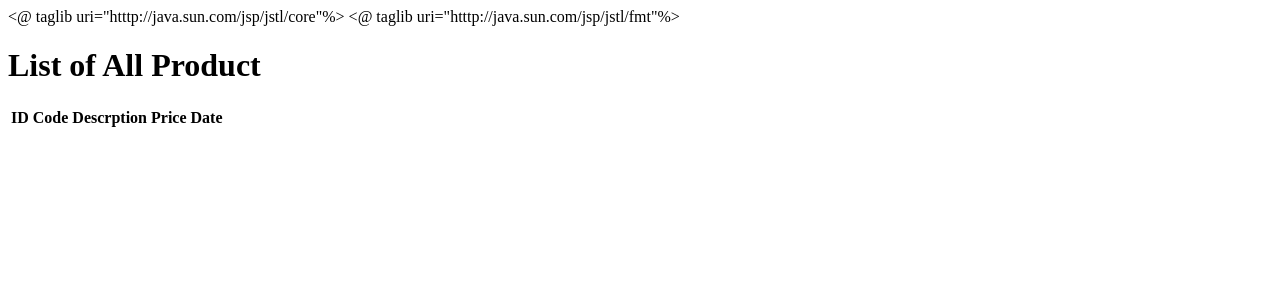
Repository: priyankamergu/MyAllProjects
Page: http://localhost/OnlineShopping/ProductController
The author's editor kept a copy of each file at every save. The page is drawn from the files as they stood at one save, then again after a run of saves.
The browser window is 1280 px wide. The pictures show the whole page.
The page is served by Tomcat 9. Other server files are loaded and not shown.

Above is the page before, as saved 2019-11-18 09:24:56.

### Workspace_JEE7_WEB/OnlineShopping/WebContent/ProductList.jsp
<%@ page language="java" contentType="text/html; charset=ISO-8859-1"
    pageEncoding="ISO-8859-1"%>
    <@ taglib uri="htttp://java.sun.com/jsp/jstl/core"%>
    <@ taglib uri="htttp://java.sun.com/jsp/jstl/fmt"%>
<!DOCTYPE html>
<html>
<head>
<meta charset="ISO-8859-1">
<title>Insert title here</title>
</head>
<body>
<h1>List of All Product</h1>
<table>
	<tr>
	<th>ID</th>
	<th>Code</th>
	<th>Descrption</th>
	<th>Price</th>
	<th>Date</th>
	</tr>
<c:forEach item="${productList}" var="product">
<tr>
<td>${product.id}</td>
<td>${product.code}</td>
<td>${product.description}</td>
<td>${product.price}</td>

<fmt:formatDate value="${product.manfDate }" pattern="dd/mm/yyyy"/>
<td>


</table>
</body>
</html>

### Workspace_JEE7_WEB/OnlineShopping/src/com/allianz/shopping/controller/ProductController.java
package com.allianz.shopping.controller;

import java.io.IOException;
import java.util.List;

import javax.servlet.RequestDispatcher;
import javax.servlet.ServletException;
import javax.servlet.annotation.WebServlet;
import javax.servlet.http.HttpServlet;
import javax.servlet.http.HttpServletRequest;
import javax.servlet.http.HttpServletResponse;

import com.allianz.shopping.dao.ProductDAO;
import com.allianz.shopping.dao.ProductdDAOImpl;
import com.allianz.shopping.model.Product;
import com.allianz.shopping.utility.DateUtility;


@WebServlet("/ProductController")
public class ProductController extends HttpServlet {
	private static final long serialVersionUID = 1L;

 static ProductDAO dao=new ProductdDAOImpl(); //to use directly we make static
    public ProductController()
    {
        super();

    }


	protected void doGet(HttpServletRequest request, HttpServletResponse response) throws ServletException, IOException
	{
		String action=request.getParameter("action");
		if(action!=null && action.equals("delete"))
		{
			String id=request.getParameter("id");
			boolean flag=dao.deleteProduct(Integer.parseInt(id));
			if(flag)
			{
				response.sendRedirect("ProductController");
			}
		}
		else if(action!=null && action.equals("edit"))
		{
			String id=request.getParameter("id");
			Product productEdit=dao.getProductById(Integer.parseInt(id));

			if(productEdit!=null)
			{
				RequestDispatcher rd=request.getRequestDispatcher("ProductEdit.jsp");
				request.setAttribute("productEdit",productEdit);
				rd.forward(request, response);
			}
		}
		else if(action!=null && action.equals("new"))
		{
			Product productEdit=new Product();

			if(productEdit!=null)
			{
				RequestDispatcher rd=request.getRequestDispatcher("ProductEdit.jsp");
				request.setAttribute("productEdit",productEdit);
				rd.forward(request, response);
			}
		}
		else
		{
			List<Product> productList=dao.getALLProducts();
			RequestDispatcher rd=request.getRequestDispatcher("ProductList.jsp");
			request.setAttribute("productList",productList);
			rd.forward(request, response);
		}
	}


	@Override
	protected void doPost(HttpServletRequest req, HttpServletResponse resp) throws ServletException, IOException {
		String action=req.getParameter("action");
		System.out.println(action);
		if(action!=null && action.equals("update"))
		{
			String id=req.getParameter("id");
			String code=req.getParameter("code");
			String description=req.getParameter("desc");
			String price=req.getParameter("price");
			String manfDate=req.getParameter("date");

			Product product=new Product();
			product.setId(Integer.parseInt(id));
			product.setCode(code);
			product.setDescription(description);
			product.setPrice(Float.parseFloat(price));
			product.setManfDate(DateUtility.convertStringToDate(manfDate));
			boolean flag=false;

			if(dao.getProductById(Integer.parseInt(id))!=null)
				flag=dao.updateProduct(product);
			else
				flag=dao.addProduct(product);


			if(flag)
				resp.sendRedirect("ProductController");



		}
		else if(action==null )
		{
			System.out.println("in save method of controller");
			String id=req.getParameter("id");
			String code=req.getParameter("code");
			String description=req.getParameter("desc");
			String price=req.getParameter("price");
			String manfDate=req.getParameter("date");

			Product product=new Product();
			product.setId(Integer.parseInt(id));
			product.setCode(code);
			product.setDescription(description);
			product.setPrice(Float.parseFloat(price));
			product.setManfDate(DateUtility.convertStringToDate(manfDate));
			boolean flag=false;

			if(dao.getProductById(Integer.parseInt(id))!=null)
				flag=dao.updateProduct(product);
			else
				flag=dao.addProduct(product);


			if(flag)
				resp.sendRedirect("ProductController");




		}
	}



}

### Workspace_JEE7_WEB/OnlineShopping/src/com/allianz/shopping/dao/ProductdDAOImpl.java
package com.allianz.shopping.dao;

import java.util.ArrayList;
import java.util.List;

import com.allianz.shopping.model.Product;
import com.allianz.shopping.utility.DateUtility;
//import static com.allianz.shopping.utility.DateUtility.*; we can use directly lie=ke convertStringToDate
public class ProductdDAOImpl implements ProductDAO
{


	private static List<Product> productList=new ArrayList<Product>();

	static
	{
		productList.add(new Product(101,"colgate1","Colgate1 Tube",50,DateUtility.convertStringToDate("12/10/2019")));//you can import static com.allianz.shppoinh.tutitly if you dont want to use thorugh class name
		productList.add(new Product(102,"colgate2","Colgate2 Tube",60,DateUtility.convertStringToDate("14/10/2019")));
		productList.add(new Product(103,"colgate3","Colgate3 Tube",40,DateUtility.convertStringToDate("13/10/2019")));
		productList.add(new Product(104,"colgate4","Colgate4 Tube",70,DateUtility.convertStringToDate("15/10/2019")));
		productList.add(new Product(105,"colgate5","Colgate5 Tube",80,DateUtility.convertStringToDate("18/10/2019")));
	}


	@Override
	public boolean addProduct(Product product) {
		productList.add(product);
		return true;
	}

	@Override
	public boolean updateProduct(Product product) {

		if(productList!=null && productList.size()>0)
		{
			for(int i=0;i<productList.size();i++)
			{
				Product productTemp=productList.get(i);
				if(productTemp.getId()==product.getId())
				{
					productList.set(i,product);
					return true;
				}
			}
		}

		return false;
	}

	@Override
	public boolean deleteProduct(int id)
	{

		if(productList!=null && productList.size()>0)
		{
			for(int i=0;i<productList.size();i++)
			{
				Product productTemp=productList.get(i);
				if(productTemp.getId()==id)
				{
					productList.remove(i);
					return true;
				}
			}
		}

		return false;
	}

	@Override
	public List<Product> getALLProducts()
	{

		return productList;
	}

	@Override
	public List<Product> getALLProductByName(String namePattern)
	{
		if(productList!=null && productList.size()>0)
		{
			for(int i=0;i<productList.size();i++)
			{
				Product productTemp=productList.get(i);
				if(productTemp.getDescription().toLowerCase().contains(namePattern.toLowerCase()))
				{
					List<Product> list=new ArrayList<Product>();
					list.add(productTemp);
					return list;
				}
			}
		}
		return null;
	}

	@Override
	public List<Product> getALLProductByPrice(float min,float max)
	{
		if(productList!=null && productList.size()>0)
		{
			for(int i=0;i<productList.size();i++)
			{
				Product productTemp=productList.get(i);
				if(productTemp.getPrice()>=min && productTemp.getPrice()<=max)
				{
					List<Product> list=new ArrayList<Product>();
					list.add(productTemp);
					return list;
				}
			}

		}
		return null;
	}

	@Override
	public Product getProductById(int id) {
		if(productList!=null && productList.size()>0)
		{
			for(int i=0;i<productList.size();i++)
			{
				Product productTemp=productList.get(i);
				if(productTemp.getId()==id)
				{
					return productTemp;
				}
			}
		}
		return null;
	}


	@Override
	public List<Product> getAllProductByCategoryID(int id) {
		// TODO Auto-generated method stub
		return null;
	}

}

### Workspace_JEE7_WEB/OnlineShopping/src/com/allianz/shopping/model/Product.java
package com.allianz.shopping.model;

import java.util.ArrayList;
import java.util.Date;
import java.util.List;

public class Product {
	private int id;
	private String code;
	private String description;
	private float price;
	private Date manfDate;
	private List<Category> categoryList=new ArrayList<Category>();

	public List<Category> getCategoryList() {
		return categoryList;
	}
	public void setCategoryList(List<Category> categoryList) {
		this.categoryList = categoryList;
	}
	public int getId() {
		return id;
	}
	public Product() {
		super();
		this.id = 0;
		this.code = null;
		this.description = null;
		this.price = 0.0f;
		this.manfDate = null;
	}

	public Product(int id, String code, String description, float price, Date manfDate) {
		super();
		this.id = id;
		this.code = code;
		this.description = description;
		this.price = price;
		this.manfDate = manfDate;
	}

	public void setId(int id) {
		this.id = id;
	}

	public String getCode() {
		return code;
	}

	public void setCode(String code) {
		this.code = code;
	}

	public String getDescription() {
		return description;
	}

	public void setDescription(String description) {
		this.description = description;
	}

	public float getPrice() {
		return price;
	}

	public void setPrice(float price) {
		this.price = price;
	}

	public Date getManfDate() {
		return manfDate;
	}

	public void setManfDate(Date manfDate) {
		this.manfDate = manfDate;
	}
	@Override
	public String toString() {
		return "Product [id=" + id + ", code=" + code + ", description=" + description + ", price=" + price
				+ ", manfDate=" + manfDate + "]";
	}



}

### Workspace_JEE7_WEB/OnlineShopping/src/com/allianz/shopping/utility/DateUtility.java
package com.allianz.shopping.utility;

import java.text.ParseException;
import java.text.SimpleDateFormat;
import java.util.Date;


public class DateUtility
{
	public static Date convertStringToDate(String date)
	{
		SimpleDateFormat simple=new SimpleDateFormat("dd/mm/yyyy");
		try
		{
			Date dateLocal=simple.parse(date);
			return dateLocal;
		}
		catch(ParseException e)
		{
			e.printStackTrace();
		}
		return null;

	}

	public String convertDateToString(Date date)
	{
		SimpleDateFormat simple=new SimpleDateFormat("dd/mm/yyyy");

		try
		{
			String dateLocal=simple.format(date);
			return dateLocal;
		}
		catch(Exception e)
		{
			e.printStackTrace();
		}
		return null;

	}
	public static java.sql.Date convertUtilDateToSQLDate(java.util.Date date)
	{
		java.sql.Date sdate=new java.sql.Date(date.getTime());
		return sdate;
	}


}

After the next 2 saves:
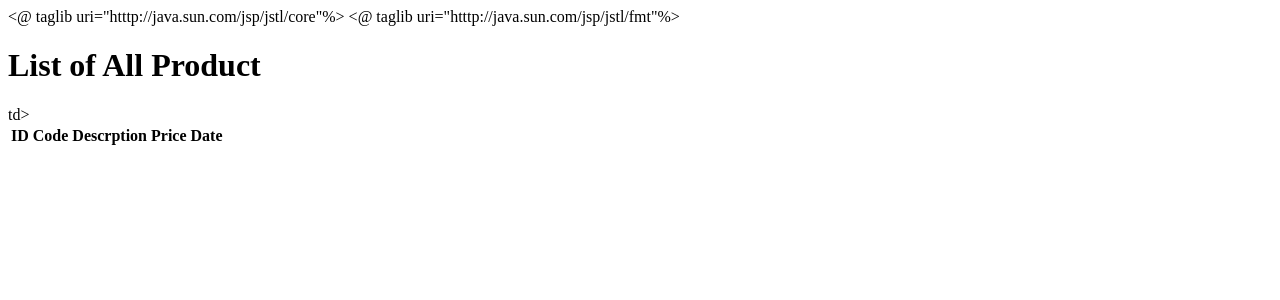
The 2 saves are shown as one change because they came seconds apart.
The last was saved 11 s later.
--- a/Workspace_JEE7_WEB/OnlineShopping/WebContent/ProductList.jsp
+++ b/Workspace_JEE7_WEB/OnlineShopping/WebContent/ProductList.jsp
@@ -24,9 +24,9 @@
 <td>${product.code}</td>
 <td>${product.description}</td>
 <td>${product.price}</td>
-
+<td>
 <fmt:formatDate value="${product.manfDate }" pattern="dd/mm/yyyy"/>
-<td>
+</tr>td>
 
 
 </table>

After the save that followed:
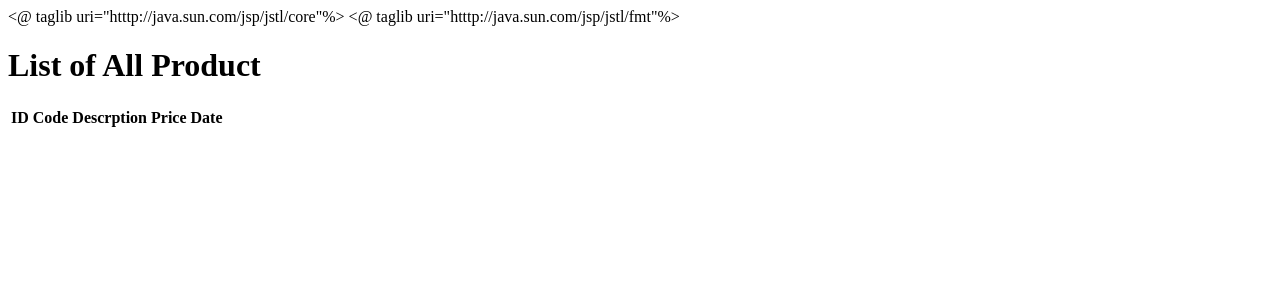
Saved 6 s later.
--- a/Workspace_JEE7_WEB/OnlineShopping/WebContent/ProductList.jsp
+++ b/Workspace_JEE7_WEB/OnlineShopping/WebContent/ProductList.jsp
@@ -26,7 +26,7 @@
 <td>${product.price}</td>
 <td>
 <fmt:formatDate value="${product.manfDate }" pattern="dd/mm/yyyy"/>
-</tr>td>
+</td>
 
 
 </table>
